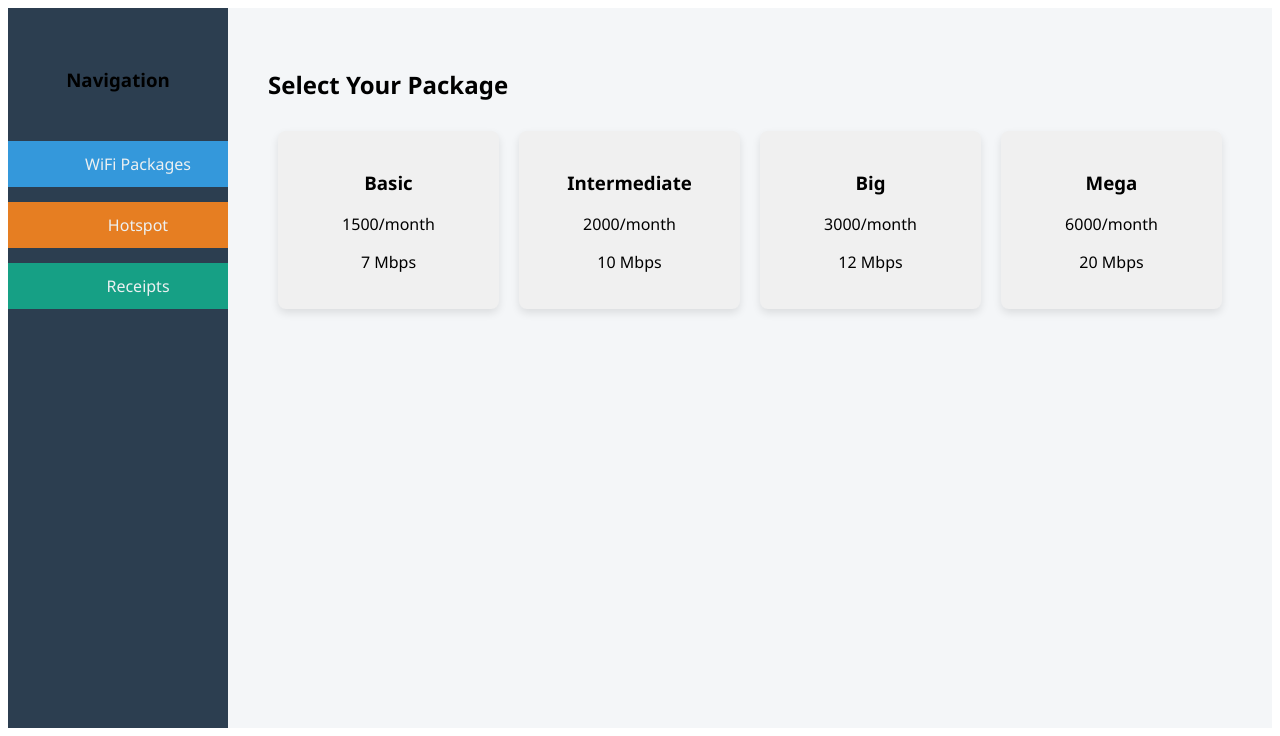
Repository: rachel648/system_Bill
Page: /packages (app in client/)
An editor plug-in stored every save of this project. The page is shown before and after the next save, followed by the edit.
The browser window is 1280 px wide. The pictures show the whole page.
The project was rebuilt for these pictures with package versions that can differ from the ones it lists, and the page was loaded fresh each time. Also part of the build but not shown: client/src/components/ServiceForm.js, client/src/Hotspot.js. Imported but missing from the stored project, and not drawn on this page: client/src/Receipts.

Above is the page before, as saved 2025-05-11 18:27:29.

### client/public/index.html
<!DOCTYPE html>
<html lang="en">
  <head>
    <meta charset="UTF-8" />
    <meta name="viewport" content="width=device-width, initial-scale=1.0"/>
    <title>Internet Billing System</title>
  </head>
  <body>
    <div id="root"></div>
    <!-- Add React scripts if not using Create React App -->
    <!-- <script src="https://unpkg.com/react@18/umd/react.development.js"></script>
    <script src="https://unpkg.com/react-dom@18/umd/react-dom.development.js"></script> -->
  </body>
</html>

### client/src/App.js
import React from 'react';
import { BrowserRouter as Router, Routes, Route, Link } from 'react-router-dom';
import ServiceForm from './components/ServiceForm';
import Packages from './Packages';
import Hotspot from './Hotspot';
import Receipts from './Receipts';
import './App.css';

const Navigation = () => (
  <div className="navigation">
    <h3>Navigation</h3>
    <ul>
      <li><Link to="/packages" className="link-wifi">WiFi Packages</Link></li>
      <li><Link to="/hotspot" className="link-hotspot">Hotspot</Link></li>
      <li><Link to="/receipts" className="link-receipts">Receipts</Link></li>
    </ul>
  </div>
);

const App = () => {
  return (
    <Router>
      <div>
        <Routes>
          <Route path="/" element={<ServiceForm />} />

          <Route
            path="/packages"
            element={
              <div className="app-container">
                <Navigation />
                <div className="main-content">
                  <Packages />
                </div>
              </div>
            }
          />

          <Route
            path="/hotspot"
            element={
              <div className="app-container">
                <Navigation />
                <div className="main-content">
                  <Hotspot />
                </div>
              </div>
            }
          />

          <Route
            path="/receipts"
            element={
              <div className="app-container">
                <Navigation />
                <div className="main-content">
                  <Receipts />
                </div>
              </div>
            }
          />
        </Routes>
      </div>
    </Router>
  );
};

export default App;

### client/src/Packages.js
import React, { useState } from 'react';
import './Packages.css'; // Make sure to have the CSS file

const Packages = () => {
  const [isModalOpen, setIsModalOpen] = useState(false);  // Modal visibility
  const [selectedPackage, setSelectedPackage] = useState(null);  // Selected package
  const [phoneNumber, setPhoneNumber] = useState('');  // User's phone number

  const handleCardClick = (pkg) => {
    setSelectedPackage(pkg);  // Set the selected package
    setIsModalOpen(true);  // Open the modal
  };

  const handlePayment = async () => {
    // Data to send to the backend
    const paymentData = {
      phone: phoneNumber,
      amount: selectedPackage === 'Basic' ? '$1500' : selectedPackage === 'Intermediate' ? '$2000' : selectedPackage === 'Big' ? '$3000' : '$6000',
      package: selectedPackage
    };

    try {
      // Sending a POST request to your backend payment API
      const response = await fetch('http://localhost:5000/api/payment', {
        method: 'POST',
        headers: {
          'Content-Type': 'application/json'
        },
        body: JSON.stringify(paymentData)
      });

      if (response.ok) {
        const responseData = await response.json();  // Get the response data
        if (responseData.client_secret) {
          // Handle the client_secret
          alert(`Payment request for ${selectedPackage} sent to phone number: ${phoneNumber}. Client Secret: ${responseData.client_secret}`);

          // Use client_secret to confirm the payment via a payment gateway (e.g., Stripe)
          // Example placeholder, replace with your payment gateway code
          const paymentResult = await confirmPayment(responseData.client_secret);

          if (paymentResult.success) {
            alert('Payment Successful!');
          } else {
            alert('Payment failed. Please try again.');
          }
        }
      } else {
        alert('Failed to process the payment. Please try again.');
      }
    } catch (error) {
      console.error('Error making payment request:', error);
      alert('An error occurred. Please try again later.');
    }

    setIsModalOpen(false);  // Close the modal after payment attempt
  };

  // Placeholder for the actual payment confirmation with a payment gateway like Stripe
  const confirmPayment = async (clientSecret) => {
    // Example: Replace with actual code to confirm payment using the client secret
    return { success: true };  // Simulate a successful payment
  };

  return (
    <div className="container">
      <h2 className="heading">Select Your Package</h2>

      <div className="card-container">
        <div className="card basic-card" onClick={() => handleCardClick('Basic')}>
          <h3>Basic</h3>
          <p>1500/month</p>
          <p>7 Mbps</p>
        </div>
        <div className="card intermediate-card" onClick={() => handleCardClick('Intermediate')}>
          <h3>Intermediate</h3>
          <p>2000/month</p>
          <p>10 Mbps</p>
        </div>
        <div className="card big-card" onClick={() => handleCardClick('Big')}>
          <h3>Big</h3>
          <p>3000/month</p>
          <p>12 Mbps</p>
        </div>
        <div className="card mega-card" onClick={() => handleCardClick('Mega')}>
          <h3>Mega</h3>
          <p>6000/month</p>
          <p>20 Mbps</p>
        </div>
      </div>

      {isModalOpen && (
        <div className="modal">
          <div className="modal-content">
            <h3>Make Payment for {selectedPackage}</h3>
            <label htmlFor="phone">Enter Phone Number:</label>
            <input
              type="text"
              id="phone"
              value={phoneNumber}
              onChange={(e) => setPhoneNumber(e.target.value)}
              placeholder="Phone number"
            />
            <button onClick={handlePayment}>Submit Payment</button>
            <button onClick={() => setIsModalOpen(false)}>Cancel</button>
          </div>
        </div>
      )}
    </div>
  );
};

export default Packages;

### client/src/App.css
/* Overall container for layout */
.app-container {
  display: flex;
  height: 100vh;
  font-family: 'Segoe UI', Tahoma, Geneva, Verdana, sans-serif;
}

/* Sidebar navigation */
.navigation {
  width: 220px;
  background-color: #2c3e50;
  padding-top: 40px;
  display: flex;
  flex-direction: column;
  align-items: center;
}

.navigation ul {
  list-style: none;
  padding: 0;
  width: 100%;
}

.navigation li {
  margin: 15px 0;
  width: 100%;
  text-align: center;
}

.navigation a {
  display: block;
  width: 100%;
  padding: 12px 20px;
  color: #ecf0f1;
  text-decoration: none;
  font-size: 16px;
  transition: background 0.3s ease;
}

/* Individual link styles */
.link-wifi {
  background-color: #3498db; /* Blue */
}

.link-hotspot {
  background-color: #e67e22; /* Orange */
}

.link-receipts {
  background-color: #16a085; /* Teal */
}

/* Hover effect */
.navigation a:hover {
  opacity: 0.9;
  border-left: 4px solid #fff;
  color: #ffffff;
}

/* Main content area */
.main-content {
  flex: 1;
  padding: 40px;
  background-color: #f4f6f8;
  overflow-y: auto;
}

### client/src/Packages.css
/* Style for the cards */
.card-container {
  display: flex;
  justify-content: space-around;
}

.card {
  padding: 20px;
  margin: 10px;
  cursor: pointer;
  border-radius: 8px;
  background-color: #f0f0f0;
  text-align: center;
  width: 200px;
  box-shadow: 0 4px 8px rgba(0, 0, 0, 0.1);
}

.card:hover {
  background-color: #e0e0e0;
}

/* Modal styles */
.modal {
  position: fixed;
  top: 0;
  left: 0;
  right: 0;
  bottom: 0;
  background-color: rgba(0, 0, 0, 0.5);
  display: flex;
  justify-content: center;
  align-items: center;
}

.modal-content {
  background-color: white;
  padding: 20px;
  border-radius: 8px;
  width: 300px;
  text-align: center;
}

input {
  width: 100%;
  padding: 8px;
  margin: 10px 0;
  border: 1px solid #ccc;
  border-radius: 4px;
}

button {
  padding: 10px;
  background-color: #4CAF50;
  color: white;
  border: none;
  border-radius: 4px;
  cursor: pointer;
  margin: 5px;
}

button:hover {
  background-color: #45a049;
}

Loaded but not shown: client/src/index.js (common file)

After the next save:
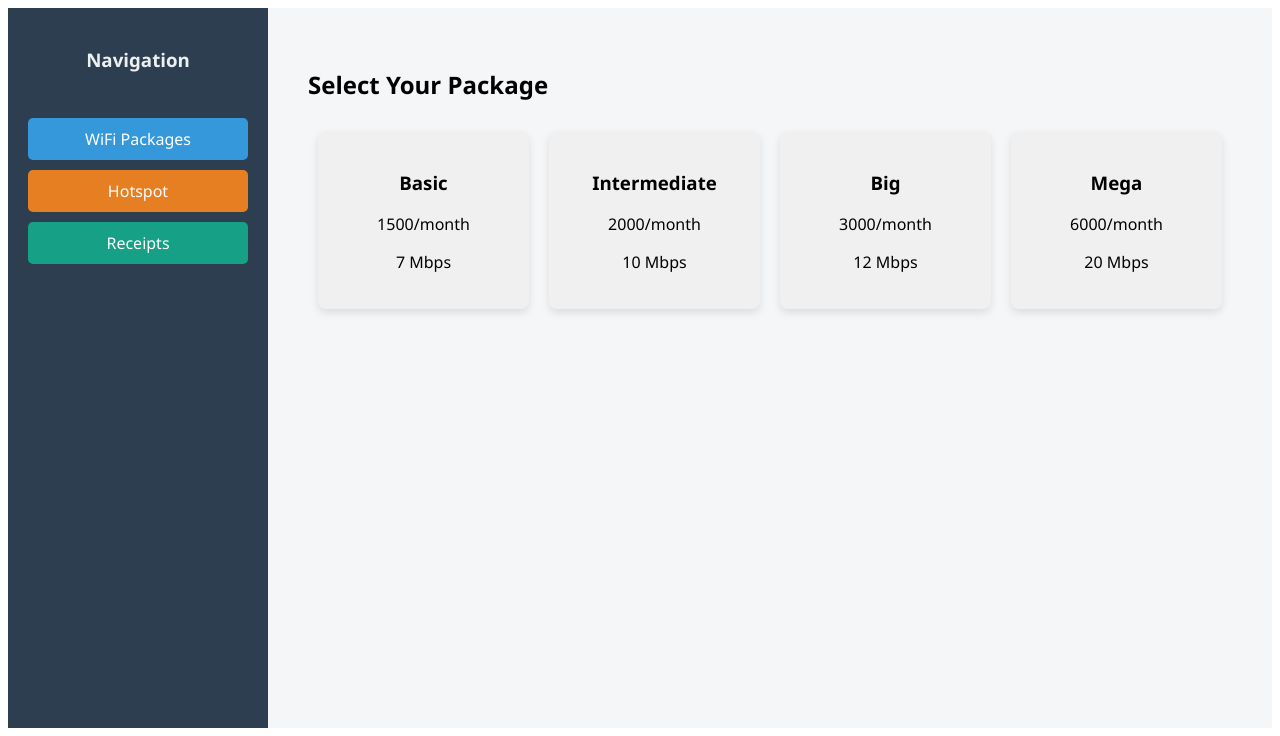
Saved 43 s later.
--- a/client/src/App.css
+++ b/client/src/App.css
@@ -9,10 +9,15 @@
 .navigation {
   width: 220px;
   background-color: #2c3e50;
-  padding-top: 40px;
+  padding: 20px;
   display: flex;
   flex-direction: column;
   align-items: center;
+}
+
+.navigation h3 {
+  color: #ecf0f1;
+  margin-bottom: 20px;
 }
 
 .navigation ul {
@@ -22,39 +27,43 @@
 }
 
 .navigation li {
-  margin: 15px 0;
+  margin: 10px 0;
   width: 100%;
   text-align: center;
 }
 
-.navigation a {
-  display: block;
-  width: 100%;
-  padding: 12px 20px;
-  color: #ecf0f1;
-  text-decoration: none;
-  font-size: 16px;
-  transition: background 0.3s ease;
-}
-
-/* Individual link styles */
+/* Unique colored links */
 .link-wifi {
   background-color: #3498db; /* Blue */
+  color: white;
+  padding: 10px;
+  display: block;
+  text-decoration: none;
+  border-radius: 5px;
 }
 
 .link-hotspot {
   background-color: #e67e22; /* Orange */
+  color: white;
+  padding: 10px;
+  display: block;
+  text-decoration: none;
+  border-radius: 5px;
 }
 
 .link-receipts {
   background-color: #16a085; /* Teal */
+  color: white;
+  padding: 10px;
+  display: block;
+  text-decoration: none;
+  border-radius: 5px;
 }
 
-/* Hover effect */
-.navigation a:hover {
-  opacity: 0.9;
-  border-left: 4px solid #fff;
-  color: #ffffff;
+.link-wifi:hover,
+.link-hotspot:hover,
+.link-receipts:hover {
+  opacity: 0.85;
 }
 
 /* Main content area */
